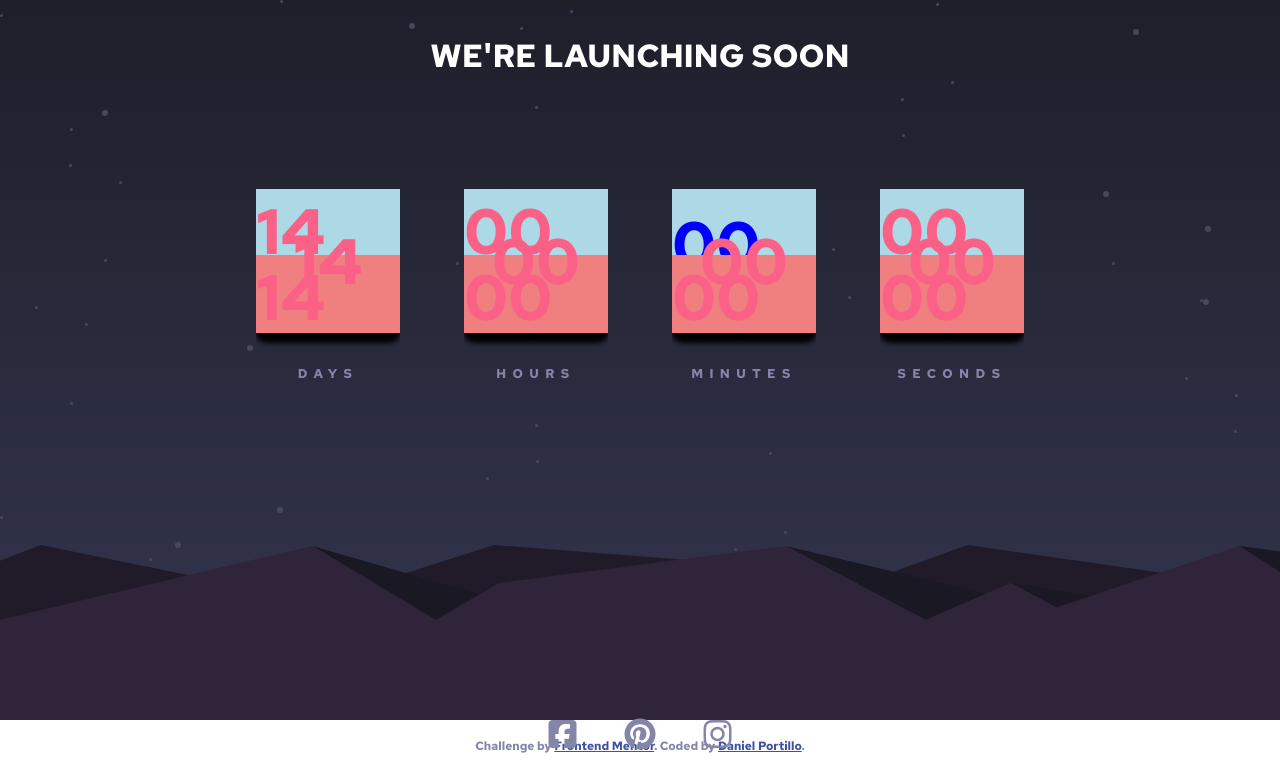
Repository: dportillo23/launch-countdown-timer-main
Page: index.html
These files come from the project's save history. The page is drawn as it stood at one moment and after the next save; the edit follows.
The browser window is 1280 px wide. The pictures show the whole page.
Some web libraries are served in a nearby version. The style sheet was rebuilt from its Sass, Less or Tailwind sources for each picture, by a compiler version that may differ from the author's.

Above is the page before, as saved 2021-07-02 11:34:29.

After the next save:
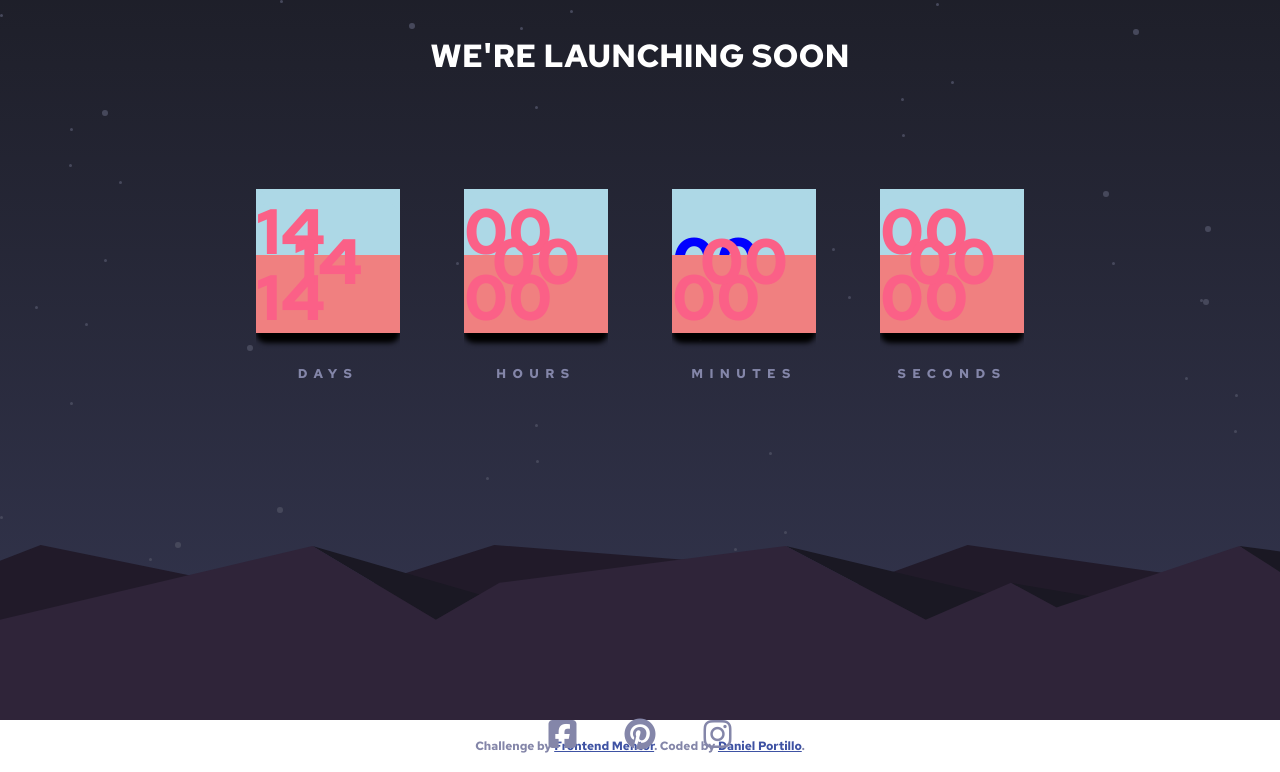
Saved 5 s later.
--- a/style.scss
+++ b/style.scss
@@ -94,7 +94,7 @@ body {
         span {
             color: blue;
             position: absolute;
-            bottom: -2rem;
+            bottom: -3rem;
 
         }
     }
